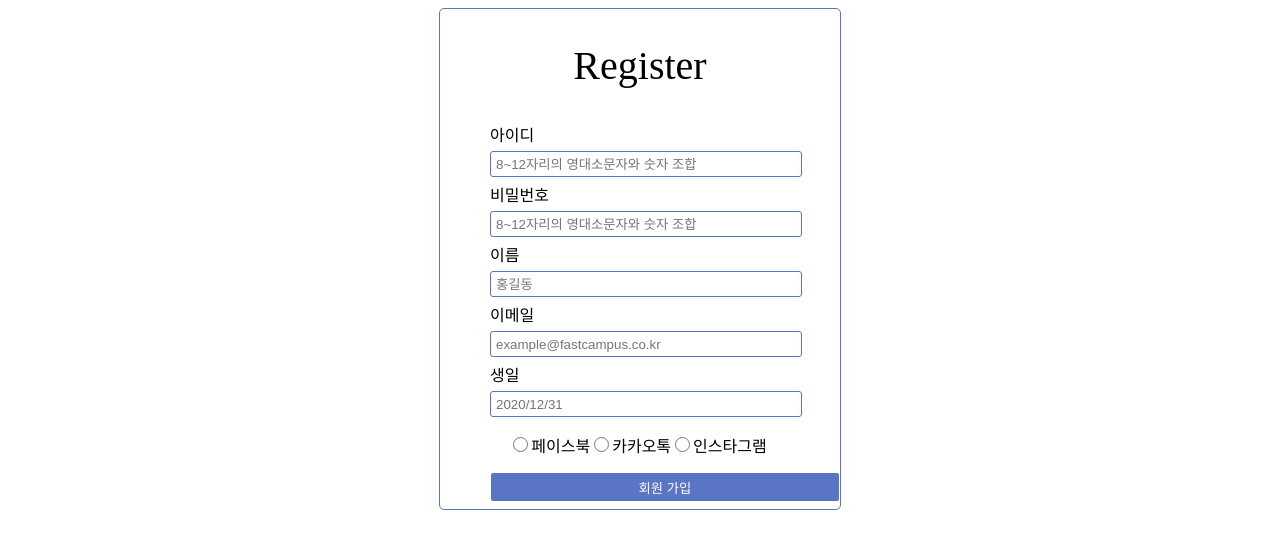
Repository: ksj2001/SpringBasic2024
Page: http://localhost/MVC_join/
An editor plug-in stored every save of this project. The page is shown before and after the next save, followed by the edit.
The browser window is 1280 px wide. The pictures show the whole page.
The page is served by Tomcat 9.

Above is the page before, as saved 2024-07-02 15:31:59.

After the next save:
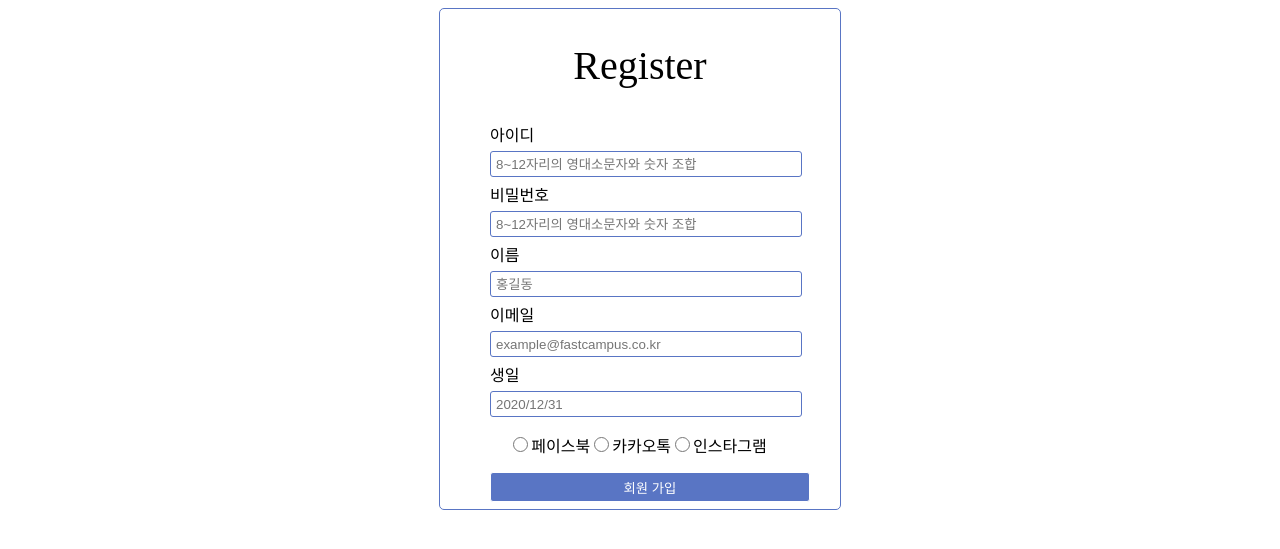
Saved 29 s later.
--- a/MVC_join/src/main/webapp/WEB-INF/views/index.jsp
+++ b/MVC_join/src/main/webapp/WEB-INF/views/index.jsp
@@ -45,7 +45,7 @@
 		height: 20px;
 		margin: 5px 0;
 		padding: 2px 5px; */
-		width:350px;
+		width:320px;
 		height:30px;
 		border-color: white;
 		color: white;
